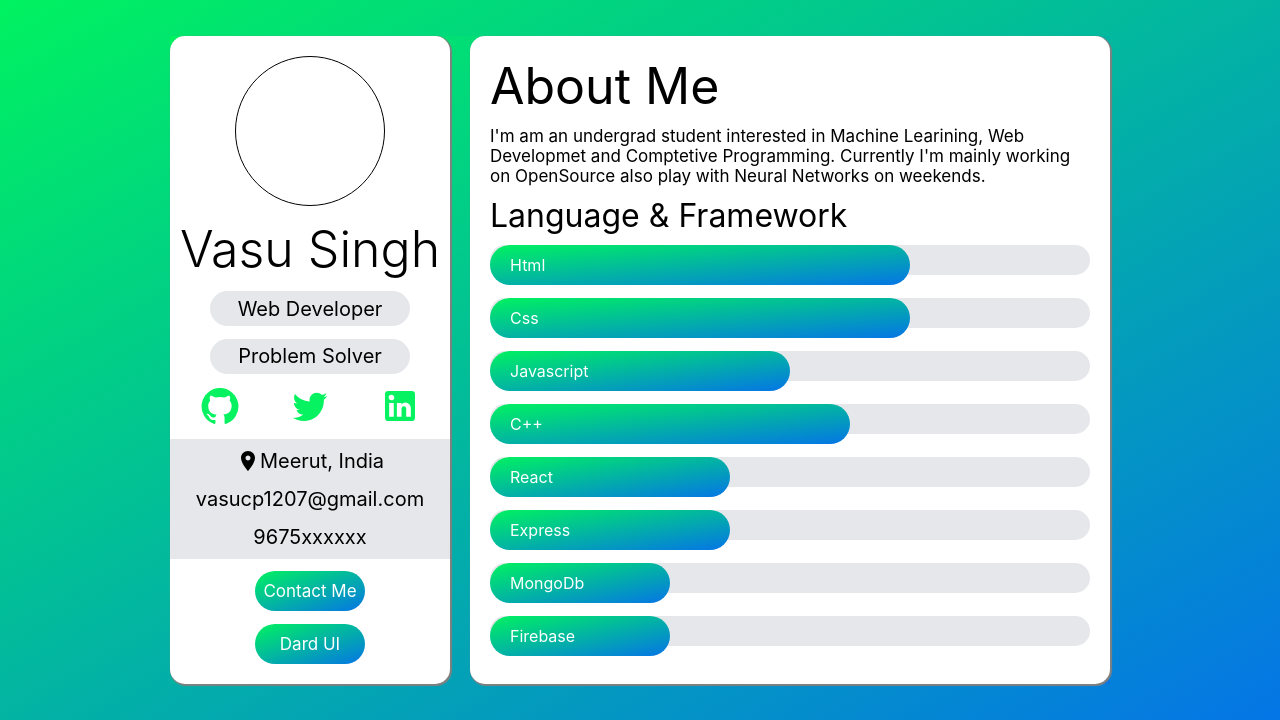
Repository: vasucp1207/grid-port
Page: /about
The author's editor kept a copy of each file at every save. The page is drawn from the files as they stood at one save, then again after the next save.
The browser window is 1280 px wide. The pictures show the whole page.
Some web fonts or font styles are not loaded; a fallback is used. The project was rebuilt for these pictures with package versions that can differ from the ones it lists, and the page was loaded fresh each time. Also part of the build but not shown: src/pages/Home.js, src/pages/Projects.js.

Above is the page before, as saved 2022-08-17 01:55:05.

After the next save:
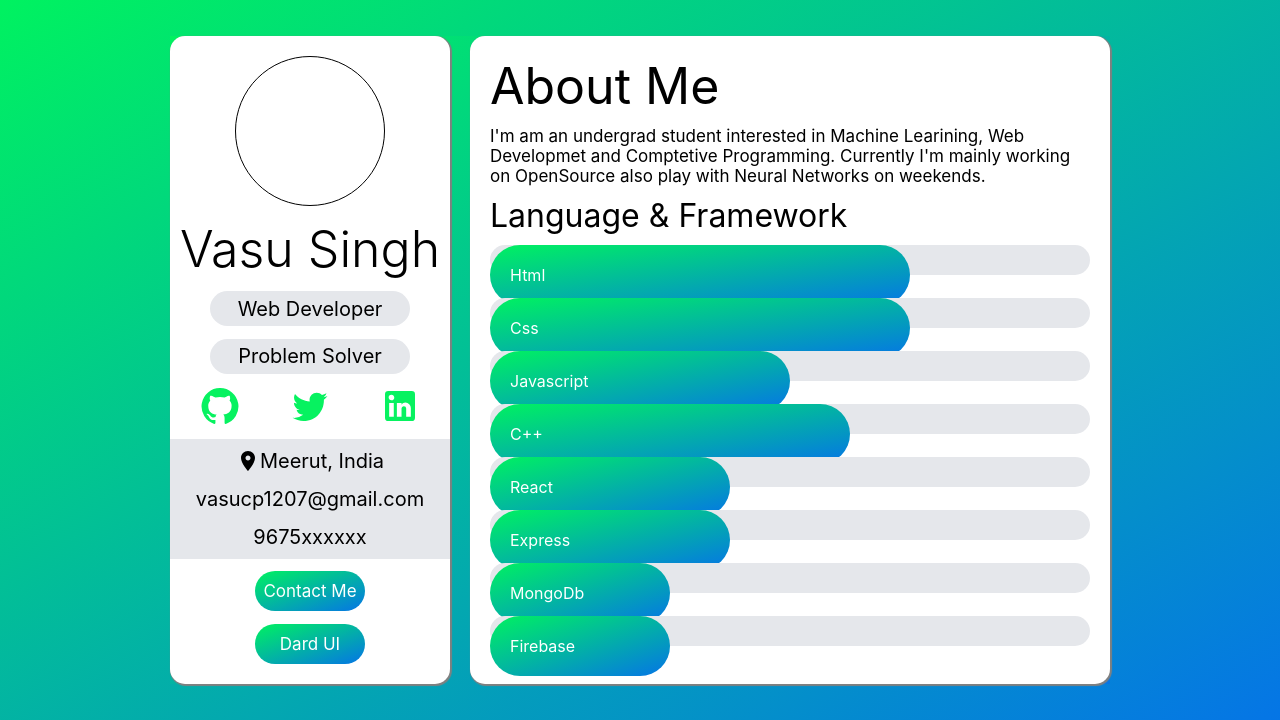
Saved 26 s later.
--- a/src/components/ProgressBar.js
+++ b/src/components/ProgressBar.js
@@ -34,7 +34,6 @@
         padding: 20px;
         width: 0;
         border-radius: 9999px;
-        height: 30px;
         background-image: linear-gradient(to right bottom,#00f260,#0575e6);
     }
 

After the save that followed:
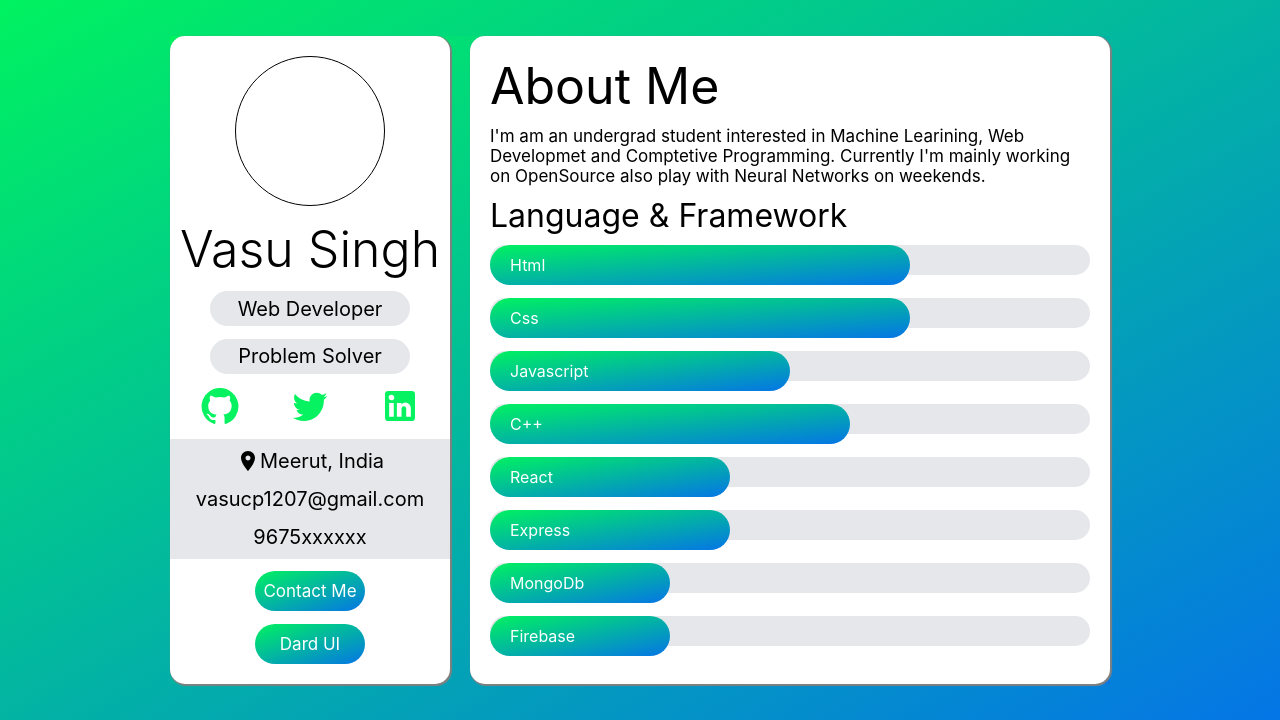
Saved 4 s later.
--- a/src/components/ProgressBar.js
+++ b/src/components/ProgressBar.js
@@ -34,6 +34,7 @@
         padding: 20px;
         width: 0;
         border-radius: 9999px;
+        height: 30px;
         background-image: linear-gradient(to right bottom,#00f260,#0575e6);
     }
 
